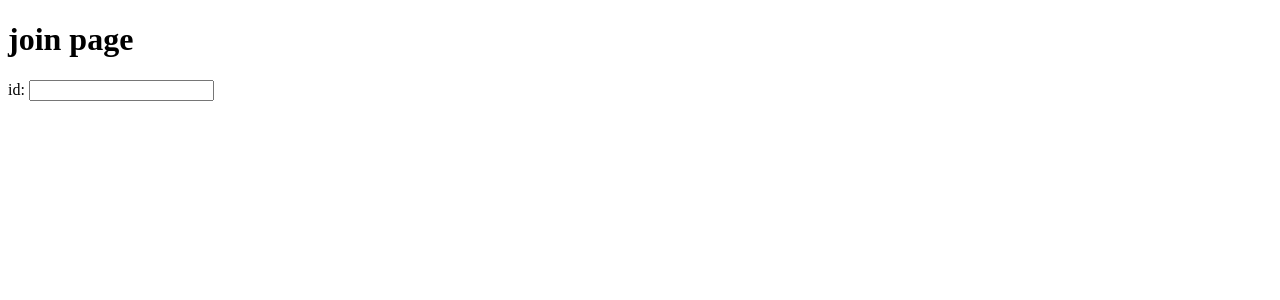
Repository: hwimi/2024-04-12-01
Page: http://localhost/jsp_study/member/join.jsp
The author's editor kept a copy of each file at every save. The page is drawn from the files as they stood at one save, then again after a run of saves.
The browser window is 1280 px wide. The pictures show the whole page.
The page is served by Tomcat 9.

Above is the page before, as saved 2024-04-15 01:55:28.

After the next 2 saves:
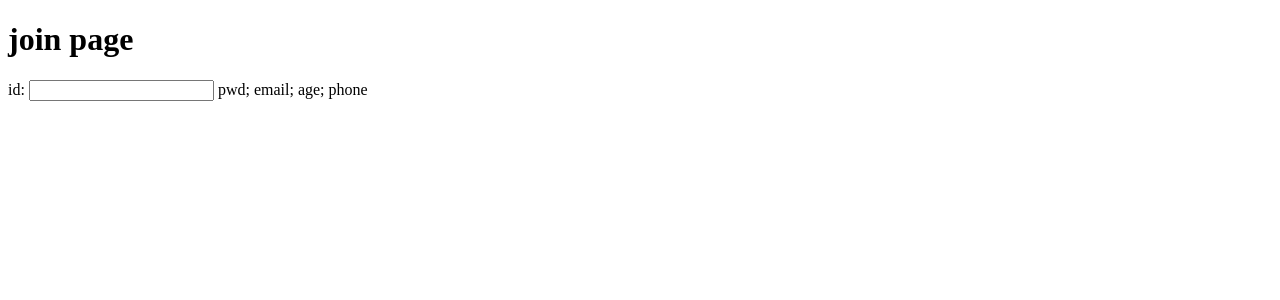
The 2 saves are shown as one change because they came seconds apart.
The last was saved 14 s later.
--- a/jsp_study/src/main/webapp/member/join.jsp
+++ b/jsp_study/src/main/webapp/member/join.jsp
@@ -10,6 +10,10 @@
  <h1>join page</h1>
  <form action="" method="post">
  id: <input type="text">
+ pwd;
+ email;
+ age;
+ phone
  </form>
 </body>
 </html>
